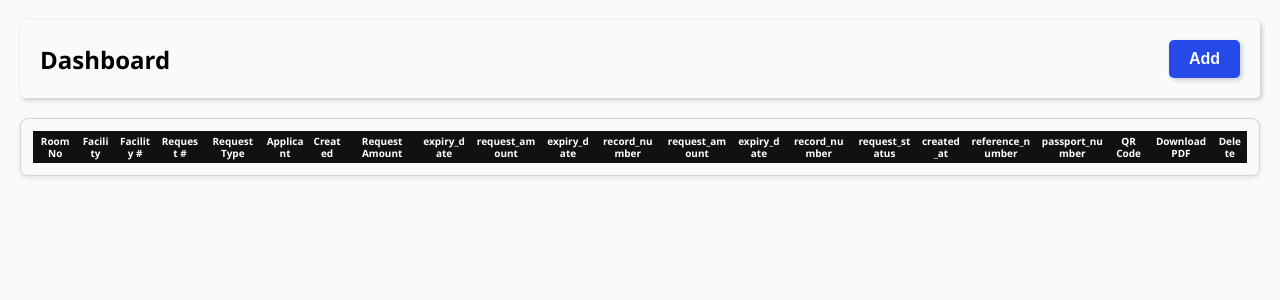
Repository: irfan-shah-sherani/Travel-Tour
Page: public/index.html
The author's editor kept a copy of each file at every save. The page is drawn from the files as they stood at one save, then again after the next save.
The browser window is 1280 px wide. The pictures show the whole page.
The page's requests for data from a server got no answer.

Above is the page before, as saved 2025-07-11 04:58:43.

### public/index.html
<!DOCTYPE html>
<html lang="en">

<head>
  <meta charset="UTF-8" />
  <meta name="viewport" content="width=device-width, initial-scale=1.0" />
  <title>Dashboard</title>
  <link rel="stylesheet" href="index.css" />
  <!-- <link
      rel="stylesheet"
      href="/public/Dashboard.css"
      integrity="sha512-..."
      crossorigin="anonymous"
      referrerpolicy="no-referrer"
    /> -->
</head>

<body>
  <main>
    <!-- main content -->
    <div class="main-content">
      <!-- TOP-nav -->
      <nav class="main-nav">
        <div class="page-name">
          <i class="fas fa-bars"></i>
          <p>Dashboard</p>
        </div>
        <div class="button">
          <button id="addPersonBtn">Add</button>
        </div>
      </nav>

      <!-- main content  end -->
      <div class="table-container">
        <table>
          <tr>
            <th>Room No</th>
          <th>Facility</th>
          <th>Facility #</th>
          <th>Request #</th>
          <th>Request Type</th>
          <th>Applicant</th>
          <th>Created</th>
          <th>Request Amount</th>
          <th>expiry_date</th>
          <th>request_amount </th>
          <th>expiry_date</th>
          <th>record_number</th>
          <th>request_amount</th>
          <th>expiry_date</th>
          <th>record_number</th>
          <th>request_status</th>
          <th>created_at</th>
          <th>reference_number</th>
          <th>passport_number</th>
          <th>QR Code</th>
          <th>Download PDF</th>
          <th>Delete</th>
          </tr>
          <tbody id="person-table-body">
            <!-- JS will populate this -->
          </tbody>
        </table>

        <!-- ✅ Place script here -->
        <script>
  fetch("/api/")
    .then((res) => res.json())
    .then((data) => {
      const tbody = document.getElementById("person-table-body");
      tbody.innerHTML = "";
      data.forEach((record) => {
        const tr = document.createElement("tr");
        tr.innerHTML = `
          <td>${record.record_id}</td>
          <td>${record.room_name}</td>
          <td>${record.facility_name}</td>
          <td>${record.facility_number}</td>
          <td>${record.request_number}</td>
          <td>${record.request_type}</td>
          <td>${record.applicant_name}</td>
          <td>${record.creation_date}</td>
          <td>${record.request_amount}</td>
          <td>${record.expiry_date}</td>
          <td>${record.record_number}</td>
          <td>${record.request_status}</td>
          <td>${record.reference_number}</td>
          <td>${record.passport_number}</td>
          <td>${record.qrcode_url ? `<img src="${record.qrcode_url}" class="qr-img" alt="QR Code">` : "No QR"}</td>
          <td>
            <a href="/api/download-pdf?token=${record.qr_token}">
              <button type="button">Download PDF</button>
            </a>
          </td>
          <td>
            <form action="/delete/${record.qr_token}" method="POST" onsubmit="return confirm('Are you sure you want to delete this record?');">
              <button type="submit">Delete</button>
            </form>
          </td>
        `;

                tbody.appendChild(tr);
              });
            });
        </script>
        </table>
      </div>

      <!-- Trigger Button OUTSIDE -->
      <!-- Add Room Form (initially hidden in CSS or JS) -->
      <div class="add-new add-new-person">
        <h2 class="form-title">Add New Person</h2>
        <form class="person-form" action="/" method="POST">
          <div class="inputForm">
            <!-- Left Side -->
            <div class="left-side">
              <div class="form-group">
                <label for="room_number">Room No </label>
                <input type="text" id="room_number" name="room_number" required />
              </div>

              <div class="form-group">
                <label for="facility_name">Facility Name </label>
                <input type="text" id="facility_name" name="facility_name" required />
              </div>

              <div class="form-group">
                <label for="facility_number">Facility number </label>
                <input type="text" id="facility_number" name="facility_number" required />
              </div>

              <div class="form-group">
                <label for="request_number">Request number </label>
                <input type="number" id="request_number" name="request_number" step="0.01" required />
              </div>

              <div class="form-group">
                <label for="request_type">Request Type</label>
                <input type="text" id="request_type" name="request_type" required />
              </div>
            </div>

            <!-- Center Side -->
            <div class="center-side">
              <div class="form-group">
                <label for="applicant">Applicant</label>
                <input type="text" id="applicant" name="applicant" />
              </div>

              <div class="form-group">
                <label for="created">Created</label>
                <input type="text" id="created" name="created" />
              </div>

              <div class="form-group">
                <label for="amount">Amount</label>
                <input type="text" id="amount" name="amount" />
              </div>

              <div class="form-group">
                <label for="expiry">Expiry</label>
                <input type="text" id="expiry" name="expiry" />
              </div>

              <div class="form-group">
                <label for="record_number">Record number</label>
                <input type="text" id="record_number" name="record_number" />
              </div>
            </div>

            <!-- Right Side -->
            <div class="right-side">
              <div class="form-group">
                <label for="status">Status</label>
                <input type="text" id="status" name="status" />
              </div>

              <div class="form-group">
                <label for="reference_number">Reference number</label>
                <input type="text" id="reference_number" name="reference_number" />
              </div>

              <div class="form-group">
                <label for="passport_number">Passport number</label>
                <input type="text" id="passport_number" name="passport_number" />
              </div>

            </div>
          </div>

          <div class="button-group">
            <button type="button" class="cancelbtn">Cancel</button>
            <button type="submit" class="submit-person-btn">Add Person</button>
          </div>
        </form>
      </div>

    </div>
  </main>
  <script src="index.js"></script>
</body>

</html>

### public/index.css
* {
  margin: 0;
  padding: 0;
  box-sizing: border-box;
}
:root {
  --primary-gradient: linear-gradient(135deg, #667eea 0%, #764ba2 100%);
  --card-shadow: 0 4px 6px rgba(0, 0, 0, 0.1);
  --card-hover-shadow: 0 8px 15px rgba(0, 0, 0, 0.2);
}
body {
  font-family: "Segoe UI", Tahoma, Geneva, Verdana, sans-serif;
  background-color: #f8fafc;
}
main {
  display: flex;
  /* display: flex; */
}
/* .sidebar {
  position: fixed;
  display: flex;
  align-items: center;
  flex-direction: column;
  width: 250px;
  height: 100vh;
  padding: 20px;
  background: var(--primary-gradient);
  border-radius: 10px 0px 0px 10px;
  color: #f8fafc;
}
.cross-icon {
  display: none;
  justify-content: right;
  color: #f8fafc;
  font-size: 2rem;
  cursor: pointer;
}
.logo {
  display: flex;
  align-items: center;
  gap: 10px;
  margin-bottom: 10px;
  border-bottom: 1px solid rgba(255, 255, 255, 1);
  padding-bottom: 20px;
}
.logo p {
  font-size: 24px;
  font-weight: 600;
}
.sidebar img {
  display: block;
  width: 50px;
  height: 50px;
  object-fit: cover;
  object-position: center;
  border-radius: 5px;
}
.logo hr {
  width: 100px;
  height: 2px;
  color: rgba(255, 255, 255, 0.1);
}
.links ul li {
  list-style: none;
  margin: 5px;
}
.links ul li a {
  display: flex;
  padding-left: 20px;
  align-items: center;
  width: 200px;
  height: 50px;
  text-decoration: none;
  gap: 10px;
  border-radius: 10px;
  transition: all 0.3s ease;
  color: rgba(255, 255, 255, 0.85);
}
.links ul li a:hover {
  background-color: rgba(255, 255, 255, 0.1);
  transform: translateX(5px);
}
.links ul li a.active {
  background-color: rgba(255, 255, 255, 0.1);
  transform: translateX(5px);
} */
/* main content */
.main-content {
  display: flex;
  /* margin-left: 250px; */
  flex-direction: column;
  background-color: #f8fafc;
  width: 100%;
  padding: 20px;
  gap: 20px;
}
.main-content nav {
  display: flex;
  justify-content: space-between;
  align-items: center;
  border-radius: 5px;
  width: 100%;
  background-color: #f8fafc;
  padding: 20px;
  box-shadow: 2px 2px 5px rgba(0, 0, 0, 0.2);
}
.page-name {
  display: flex;
  align-items: center;
  gap: 10px;
}
.page-name p {
  font-size: 24px;
  font-weight: 600;
}
.page-name i {
  display: none;
  cursor: pointer;
  font-size: 24px;
  font-weight: 600;
}
.button {
  display: flex;
  align-items: center;
  gap: 10px;
}
.button button {
  padding: 10px 20px;
  border-radius: 5px;
  border: none;
  background-color: #264ae9;
  color: #f8fafc;
  font-size: 16px;
  font-weight: 600;
  box-shadow: 2px 2px 5px rgba(0, 0, 0, 0.2);
  cursor: pointer;
  transition: all 0.05s ease-in-out;
}
.button button:hover {
  transform: translateY(2px);
}

/* table */
/* General Table Styling */
.table-container {
  width: 100%;
  overflow-x: auto;
  background-color: #f8fafc;
  border-radius: 8px;
  border: 1px solid rgba(0, 0, 0, 0.15);
  box-shadow: 0 2px 5px rgba(0, 0, 0, 0.1);
  padding: 12px;
  box-sizing: border-box;
}

/* Table Reset */
table {
  width: 100%;
  border-collapse: collapse;
  font-size: 10px;
  table-layout: auto;
}

/* Table Header */
.table-container table th {
  background-color: #111;
  color: #fff;
  font-weight: 600;
  font-size: 10px;
  padding: 4px;
  text-align: center;
  vertical-align: middle;
  white-space: normal;
  line-height: 1.2;
  word-break: break-word;
}

/* Force words like "Request Number" to wrap into 2 lines */
.table-container table th {
  max-width: 90px;
}

/* Table Body */
.table-container table td {
  white-space: nowrap;
  text-align: center;
  vertical-align: middle;
  padding: 8px 6px;
}

/* Row Hover Effect */
.table-container table tr:hover {
  background-color: #e2e8f0;
  transition: background-color 0.2s;
}

/* Button Styling */
.btn {
  padding: 4px 8px;
  font-size: 10px;
  border-radius: 4px;
  border: none;
  cursor: pointer;
  transition: 0.2s;
}

/* Delete Button */
.delete-form {
  border: 1px solid #ef4444;
  color: #ef4444;
  background: transparent;
}
.delete-form:hover {
  background-color: #fee2e2;
}

/* Download Button (optional styling) */
.download-btn {
  background-color: #2563eb;
  color: white;
  border: none;
}
.download-btn:hover {
  background-color: #1d4ed8;
}

.add-new {
  display: none;
  width: 80%;
  max-height: 90vh; /* limit height */
  overflow-y: auto;  /* enable scroll if content too tall */
  position: absolute;
  top: 50%;
  left: 50%;
  transform: translate(-50%, -50%);
  background-color: white;
  padding: 20px;
  border-radius: 8px;
  box-shadow: 0 0 10px rgba(0, 0, 0, 0.5);
  font-family: Arial, sans-serif;
  z-index: 10;
}

.form-title {
  font-size: 24px;
  font-weight: 600;
  margin-bottom: 10px;
}

/* Reduce spacing */
.person-form {
  display: flex;
  flex-direction: column;
  gap: 10px;
}

.inputForm {
  display: flex;
  justify-content: space-between;
  gap: 20px;
}

/* Equal columns */
.left-side,
.center-side,
.right-side {
  flex: 1;
}
label {
  font-size: 14px;
  font-weight: 500;
  margin-bottom: 5px;
}
/* Compact input spacing */
.form-group {
  display: flex;
  flex-direction: column;
  margin-bottom: 10px;
}

input,
textarea,
select {
  padding: 5px;
  font-size: 16px;
}

/* Buttons */
.button-group {
  display: flex;
  justify-content: flex-end;
  gap: 10px;
  margin-top: 0px;
}

button {
  padding: 8px;
  font-size: 13px;
  border: none;
  border-radius: 5px;
  cursor: pointer;
}

.cancel-person-btn {
  background-color: #6c757d;
  color: white;
}

.submit-person-btn {
  background-color: #007bff;
  color: white;
}

/* Responsive */
@media (max-width: 768px) {
  .inputForm {
    flex-direction: column;
  }

  .left-side,
  .center-side,
  .right-side {
    width: 100%;
  }
}
.qr-img {
  width: 30px;
  height: 30px;
  object-fit: contain;
  display: block;
}

### public/index.js
const addPersonBtn = document.getElementById("addPersonBtn");
const addNewPerson = document.querySelector(".add-new");
const cancelPersonBtn = document.querySelector(".cancelbtn");
const submitPersonBtn = document.querySelector(".submit-person-btn");

addPersonBtn?.addEventListener("click", () => {
  addNewPerson.style.display = "block";
});

cancelPersonBtn?.addEventListener("click", () => {
  addNewPerson.style.display = "none";
});

submitPersonBtn?.addEventListener("click", () => {
  addNewPerson.style.display = "none";
});

After the next save:
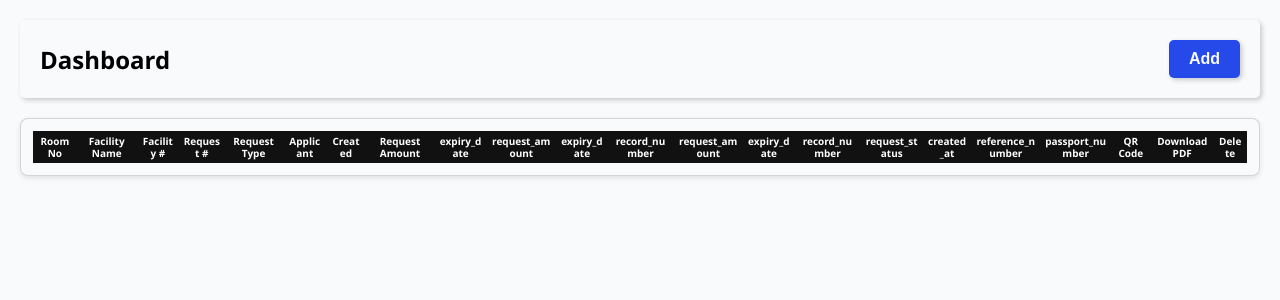
Saved 7 s later.
--- a/public/index.html
+++ b/public/index.html
@@ -35,7 +35,7 @@
         <table>
           <tr>
             <th>Room No</th>
-          <th>Facility</th>
+          <th>Facility Name</th>
           <th>Facility #</th>
           <th>Request #</th>
           <th>Request Type</th>
